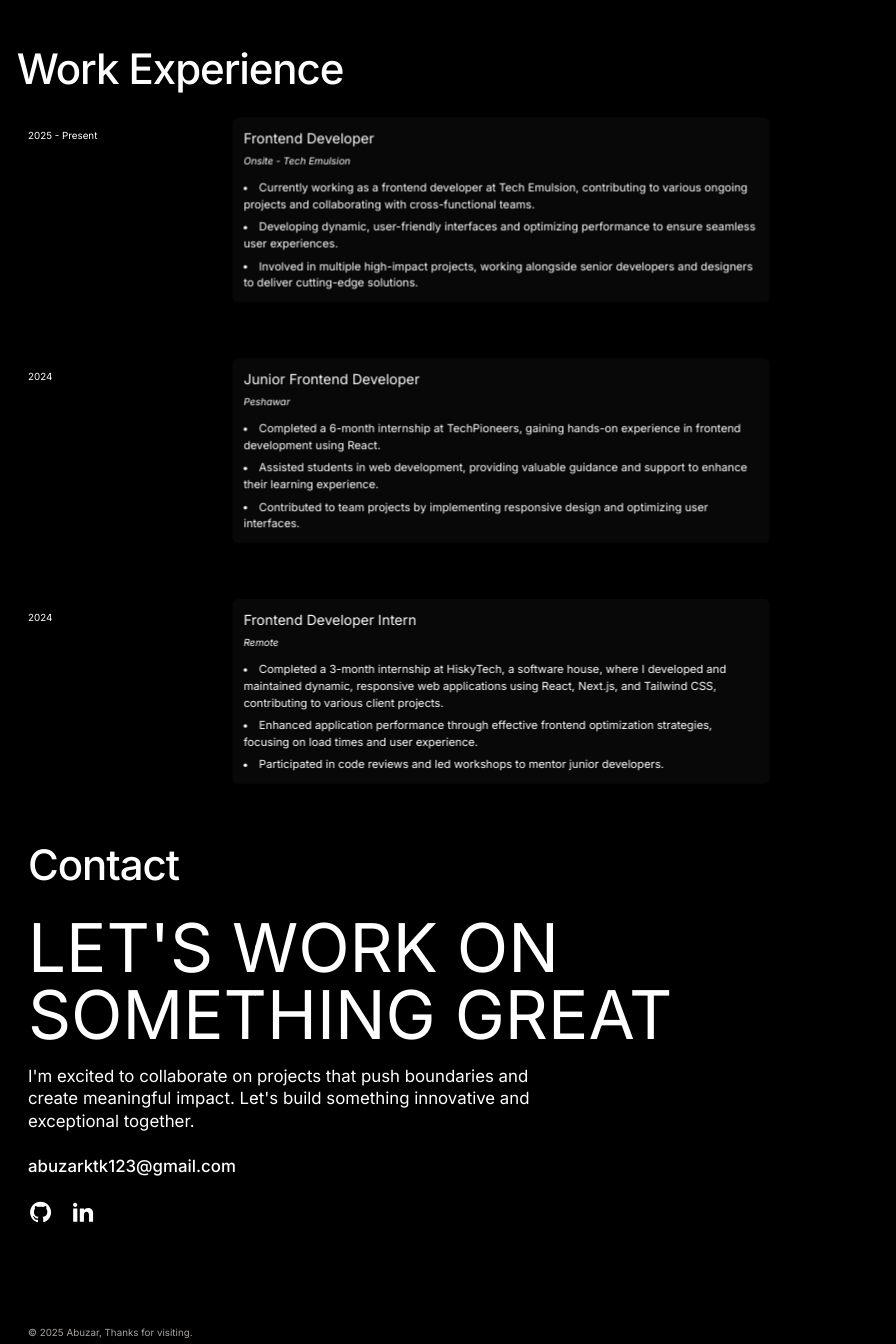
Repository: xarrkhan001/Abuzar-NewPortfolio-Framermotion
Page: /
These files come from the project's save history. The page is drawn as it stood at one moment and after the next save; the edit follows.
The browser window is 1280 px wide. The pictures show the part of the page from y = 2644 to 4564 px (the page is 4564 px tall before and 4220 px after), at 70% of full size.
The project was rebuilt for these pictures with package versions that can differ from the ones it lists, and the page was loaded fresh each time. Some packages were replaced by stand-ins written for this rebuild. Also part of the build but not shown: vite.config.js. Imported but missing from the stored project, and not drawn on this page: src/assets/abuzar01-Cv....pdf.

Above is the page before, as saved 2025-03-02 09:57:18.

### index.html
<!DOCTYPE html>
<html lang="en">
  <head>
    <meta charset="UTF-8" />
    <link rel="icon" type="image/svg+xml" href="./src/assets/mm1.png" />
    <meta name="viewport" content="width=device-width, initial-scale=1.0" />
    <link rel="preconnect" href="https://fonts.googleapis.com" />
    <link rel="preconnect" href="https://fonts.gstatic.com" crossorigin />
    <link
      href="https://fonts.googleapis.com/css2?family=Inter:ital,opsz,wght@0,14..32,100..900;1,14..32,100..900&display=swap"
      rel="stylesheet"
    />
    <title>Abuzar Portfolio</title>
  </head>
  <body>
    <div id="root"></div>
    <script type="module" src="/src/main.jsx"></script>
  </body>
</html>

### src/App.jsx
import React from "react";
import BlurBackground from "./components/BlurBackground";
import Navbar from "./components/Navbar";
import Hero from "./components/Hero";
import Projects from "./components/Projects";
import About from "./components/About";
import Experience from "./components/Experience";
import Contacts from "./components/Contacts";

const App = () => {
  return (
    <>
      <div>
        <BlurBackground />
        <Navbar />
        <main
          className="antialiased overflow-y-hidden max-w-7xl mx-auto
        relative z-10"
        >
          <Navbar />
          <Hero />
          <Projects />
          <About />
          <Experience />
          <Contacts />
        </main>
      </div>
    </>
  );
};

export default App;

### src/index.css
@tailwind base;
@tailwind components;
@tailwind utilities;

:root {
  font-family: "Inter", sans-serif;
  font-optical-sizing: auto;
  background: #000000;
  color: #ffffff;
  scroll-behavior: smooth;
}

.bg-image {
  background-image: url("./assets/jason-root.webp");
}

#work,
#about,
#experience,
#testimonials,
#contact {
  scroll-margin-top: 80px;
}

### src/components/BlurBackground.jsx
import { motion } from "framer-motion";
import React from "react";

const BlurBackground = () => {
  const circleVariants = {
    animate1: {
      scale: [1, 1.05, 1],
      x: [0, 60, 0],
      y: [0, 30, 0],
      rotateZ: [0, 12, 0],
      transition: {
        duration: 3,
        repeat: Infinity,
        ease: "easeInOut",
      },
    },
    animate2: {
      scale: [1, 1.05, 1],
      x: [0, 80, 0],
      y: [0, -40, 0],
      rotateZ: [0, -12, 0],
      transition: {
        duration: 3,
        repeat: Infinity,
        ease: "easeInOut",
      },
    },
    animate3: {
      scale: [1, 1.1, 1],
      x: [0, 100, 0],
      y: [0, 50, 0],
      rotateZ: [0, 15, 0],
      transition: {
        duration: 4,
        repeat: Infinity,
        ease: "easeInOut",
      },
    },
    animate4: {
      scale: [1, 1.1, 1],
      x: [0, 120, 0],
      y: [0, -60, 0],
      rotateZ: [0, -15, 0],
      transition: {
        duration: 4,
        repeat: Infinity,
        ease: "easeInOut",
      },
    },
    animate5: {
      scale: [1, 1.12, 1],
      x: [0, 140, 0],
      y: [0, 70, 0],
      rotateZ: [0, 20, 0],
      transition: {
        duration: 4,
        repeat: Infinity,
        ease: "easeInOut",
      },
    },
    animate6: {
      scale: [1, 1.15, 1],
      x: [0, 160, 0],
      y: [0, -80, 0],
      rotateZ: [0, -20, 0],
      transition: {
        duration: 4,
        repeat: Infinity,
        ease: "easeInOut",
      },
    },
  };

  return (
    <div
      className="fixed top-0 left-0 w-full h-full overflow-hidden -z-10 pointer-events-none flex justify-center items-center
       bg-gradient-to-br from-[#1c1c2b] via-[#2b2d42] to-[#8d99ae] filter blur-[70px] opacity-60"
    >
      <motion.div
        className="bg-gradient-to-r from-[#e3e4e8] to-[#d5e1df] w-[350px] h-[250px] rounded-full absolute shadow-lg"
        variants={circleVariants}
        animate="animate1"
      />
      <motion.div
        className="bg-gradient-to-r from-[#f3a847] to-[#f1d84d] w-[360px] h-[260px] rounded-full absolute shadow-xl"
        variants={circleVariants}
        animate="animate2"
      />
      <motion.div
        className="bg-gradient-to-r from-[#1e80b5] to-[#2bced4] w-[370px] h-[270px] rounded-full absolute shadow-2xl"
        variants={circleVariants}
        animate="animate3"
      />
      <motion.div
        className="bg-gradient-to-r from-[#9e4e97] to-[#c74b84] w-[380px] h-[280px] rounded-full absolute shadow-2xl"
        variants={circleVariants}
        animate="animate4"
      />
      <motion.div
        className="bg-gradient-to-r from-[#ff64d4] to-[#8b3ff2] w-[390px] h-[290px] rounded-full absolute shadow-3xl"
        variants={circleVariants}
        animate="animate5"
      />
      <motion.div
        className="bg-gradient-to-r from-[#37a2c2] to-[#4c9fb2] w-[400px] h-[300px] rounded-full absolute shadow-3xl"
        variants={circleVariants}
        animate="animate6"
      />
    </div>
  );
};

export default BlurBackground;

### src/components/Navbar.jsx
import React, { useState } from "react";
import { LINKS } from "../constants";
import { RiCloseFill, RiMenu3Fill } from "@remixicon/react";

const Navbar = () => {
  const [menuOpen, setMenuOpen] = useState(false);
  const handleLinkClick = () => {
    setMenuOpen(false);
  };

  return (
    <>
      <nav className="fixed top-0 left-0 w-full z-50">
        <div className="flex justify-between items-center max-w-6xl mx-auto p-4 bg-stone-950/30 md:rounded-xl backdrop-blur-lg">
          <div className="text-white font-semibold text-lg uppercase">
            <a href="/">Abuzar</a>
          </div>

          <div className="hidden md:flex space-x-8">
            {LINKS.map((link, index) => (
              <a
                href={link.href}
                key={index}
                className="text-white hover:text-stone-400 transition duration-300"
                onClick={handleLinkClick}
              >
                {link.label}
              </a>
            ))}
          </div>

          <div className="md:hidden">
            <button
              onClick={() => setMenuOpen(!menuOpen)}
              className="text-white focus:outline-none"
              aria-label={menuOpen ? "Close menu" : "Open menu"}
            >
              {menuOpen ? (
                <RiCloseFill className="w-6 h-6" />
              ) : (
                <RiMenu3Fill className="w-6 h-6" />
              )}
            </button>
          </div>
        </div>

        {menuOpen && (
          <div className="md:hidden p-4 bg-stone-950/30 backdrop-blur-lg rounded-xl flex flex-col space-y-4 max-w-6xl mx-auto transition-all duration-300 ease-in-out">
            {LINKS.map((link, index) => (
              <a
                href={link.href}
                key={index}
                className="text-white hover:text-stone-400 transition duration-300"
                onClick={handleLinkClick}
              >
                {link.label}
              </a>
            ))}
          </div>
        )}
      </nav>
    </>
  );
};

export default Navbar;

### src/components/Hero.jsx
import React from "react";
import { motion } from "framer-motion";
import { HERO_CONTENT } from "../constants";
import jason from "../assets/nnnn.jpg";
import cvFile from "../assets/abuzar01-Cv....pdf";

const textVariants = {
  hidden: { opacity: 0, y: 50 },
  visible: { opacity: 1, y: 0, transition: { duration: 0.8, ease: "easeOut" } },
};

const containerVariants = {
  hidden: { opacity: 1 },
  visible: {
    opacity: 1,
    transition: {
      staggerChildren: 0.3,
    },
  },
};

const imageVariants = {
  hidden: { clipPath: "inset(0 50% 0 50%)" },
  visible: {
    clipPath: "inset(0 0% 0 0%)",
    transition: { duration: 1.2, ease: "easeInOut" },
  },
};

const Hero = () => {
  return (
    <section>
      <div className="relative z-0 min-h-screen flex flex-wrap flex-col md:flex-row items-center justify-center text-white">
        <motion.div
          className="w-full md:w-1/2 p-8 pt-24" // Adjust padding-top for spacing below navbar
          initial="hidden"
          animate="visible"
          variants={containerVariants}
        >
          <motion.h1
            className="text-3xl md:text-5xl lg:text-6xl font-semibold my-14"
            variants={textVariants}
          >
            {HERO_CONTENT.greeting}
          </motion.h1>

          <motion.p
            className="text-lg md:text-xl lg:text-2xl mb-4"
            variants={textVariants}
          >
            {HERO_CONTENT.introduction}
          </motion.p>

          <motion.p
            className="text-lg md:text-xl lg:text-2xl"
            variants={textVariants}
          >
            {HERO_CONTENT.description}
          </motion.p>

          <motion.a
            className="bg-stone-50 text-stone-900 p-3 lg:p-4 mt-8 inline-block rounded-2xl"
            href={cvFile}
            download="AbuzarCV.pdf"
            rel="noopener noreferrer"
            target="_blank"
            variants={textVariants}
          >
            Download My CV
          </motion.a>
        </motion.div>

        <motion.div
          className="w-full md:w-1/2 p-8 mt-10" // Added margin-top to push image down
          initial="hidden"
          animate="visible"
          variants={imageVariants}
        >
          <img
            src={jason}
            alt="Abuzar"
            width={650}
            height={650}
            className="rounded-3xl"
          />
        </motion.div>
      </div>

      <style jsx>{`
        @media (max-width: 768px) {
          .w-full.md\\:w-1\\/2.p-8 {
            margin-top: -40px; /* Adjust this value to move the image up */
          }
        }
      `}</style>
    </section>
  );
};

export default Hero;

### src/components/Projects.jsx
import React from "react";
import { motion } from "framer-motion";
import { PROJECTS } from "../constants";

const projectVariants = {
  hidden: {
    opacity: 0,
    scale: 0.8,
    rotate: -40,
    y: 50,
  },
  visible: {
    opacity: 1,
    scale: 1,
    rotate: 0,
    y: 0,
    transition: {
      duration: 0.6,
      ease: "easeOut",
      type: "spring",
      bounce: 0.4,
    },
  },
};

const Projects = () => {
  return (
    <section className="px-6 py-10 overflow-hidden" id="work">
      <h1 className="text-4xl md:text-6xl font-medium tracking-tight mb-10">
        Work
      </h1>

      <div className="h-1 w-20 mb-8 bg-white"></div>

      <div className="grid grid-cols-1 md:grid-cols-3 gap-6">
        {PROJECTS.map((project, index) => (
          <motion.div
            key={index}
            className="relative rounded-lg overflow-hidden h-[500px] transition transform"
            initial="hidden"
            whileInView="visible"
            viewport={{ once: true }}
            variants={projectVariants}
          >
            <img
              src={project.image}
              alt={project.name}
              className="absolute inset-0 w-full h-full object-cover transition-opacity duration-300"
            />

            <div className="relative z-20 p-6 flex flex-col justify-between h-full bg-black/30 text-white">
              <h2 className="text-2xl font-medium mb-4">{project.name}</h2>
              <div className="flex flex-col justify-between">
                <p className="mb-4 flex-grow text-2xl">{project.description}</p>

                <a
                  href={project.link}
                  target="_blank"
                  rel="noopener noreferrer"
                  className="bg-white text-stone-900 rounded-full py-2 px-2 w-32 text-sm hover:bg-gray-100 text-center"
                >
                  Vist
                </a>
              </div>
            </div>
          </motion.div>
        ))}
      </div>
    </section>
  );
};

export default Projects;

### src/components/About.jsx
import React from "react";
import { motion } from "framer-motion"; // Make sure to import motion
import { ABOUT_CONTENT } from "../constants"; // Correct import statement

const About = () => {
  const textVariants = {
    hidden: { opacity: 0, y: 50 },
    visible: {
      opacity: 1,
      y: 0,
      transition: { duration: 0.6, ease: "easeOut" },
    },
  };

  return (
    <section className="px-6 py-10" id="about">
      <h1 className="text-4xl md:text-6xl font-medium tracking-tight mb-10">
        About
      </h1>

      <div className="h-1 w-20 mb-8 bg-white"></div>

      <div className="max-w-4xl mx-auto">
        {ABOUT_CONTENT.paragraphs.map((paragraph, index) => (
          <motion.p
            key={index}
            className="text-lg md:text-xl lg:text-2xl mb-10 leading-relaxed" // Adjusted text size for a more professional look
            initial="hidden"
            whileInView="visible"
            viewport={{ once: true, amount: 0.5 }}
            variants={textVariants}
          >
            {paragraph} {/* Corrected variable name */}
          </motion.p>
        ))}
      </div>
    </section>
  );
};

export default About;

### src/components/Experience.jsx
import React from "react";
import { motion } from "framer-motion";
import { EXPERIENCES } from "../constants";

const Experience = () => {
  const containerVariants = {
    hidden: { opacity: 0, y: 50 },
    visible: {
      opacity: 1,
      y: 0,
      transition: {
        duration: 0.8,
        ease: "easeOut",
        staggerChildren: 0.3,
      },
    },
  };

  const childVariants = {
    hidden: { opacity: 0, y: 30 },
    visible: {
      opacity: 1,
      y: 0,
      transition: {
        duration: 0.6,
        ease: "easeOut",
      },
    },
  };

  return (
    <section className="px-6 py-10 overflow-hidden" id="experience">
      <h2 className="text-4xl md:text-6xl font-medium tracking-tight mb-10">
        Work Experience
      </h2>

      {/* Removed the line below */}
      {/* <div className="h-1 w-20 mb-8 bg-white"></div> */}

      <motion.div
        className="space-y-10"
        initial="hidden"
        whileInView="visible"
        viewport={{ once: true, amount: 0.3 }}
        variants={containerVariants}
      >
        {EXPERIENCES.length > 0 ? (
          EXPERIENCES.map((experience, index) => (
            <motion.div key={index} variants={childVariants}>
              <div className="flex flex-col md:flex-row md:justify-between">
                <div className="text-sm md:w-1/4 mb-2 md:mb-0 p-4">
                  {experience.yearRange}
                </div>

                <div className="md:w-3/4 mb-10">
                  <div className="max-w-3xl backdrop-blur-3xl p-4 bg-stone-600/10 rounded-lg">
                    <h2 className="text-xl mb-2">{experience.title}</h2>
                    <p className="mb-4 text-sm italic">{experience.location}</p>
                    <ul className="list-disc list-inside space-y-2">
                      {experience.description.map((desc, index) => (
                        <li key={index}>{desc}</li>
                      ))}
                    </ul>
                  </div>
                </div>
              </div>
            </motion.div>
          ))
        ) : (
          <p className="text-center text-xl">No experiences found.</p>
        )}
      </motion.div>
    </section>
  );
};

export default Experience;

### src/constants/index.js
import projects1 from "../assets/projects1.webp";
import projects2 from "../assets/projects2.webp";
import projects3 from "../assets/projects3.webp";
import projects4 from "../assets/projects4.webp";
import projects5 from "../assets/projects5.webp";
import projects6 from "../assets/projects6.webp";

export const LINKS = [
  { href: "#work", label: "Work" },
  { href: "#about", label: "About" },
  { href: "#experience", label: "Experience" },
  { href: "#contact", label: "Contact" },
];

export const HERO_CONTENT = {
  greeting: "Welcome 🌟",
  introduction:
    "I’m Abuzar, a frontend developer specializing in creating seamless web applications using React.js, Vue.js and Next.js.",
  description:
    "I create engaging digital experiences that enhance user satisfaction.",
};

export const PROJECTS = [
  {
    name: "Rains",
    description: "E-commerce platform offering stylish apparel and accessories",
    image: projects1, // Ensure `projects1` is defined and imported correctly
    link: "https://www.rains.com/",
  },
  {
    name: "E-Commerce Dashboard",
    description:
      "Manage your online store with real-time insights and analytics",
    image: projects2,
    link: "https://eccomerce-web-dashboard-di7d.vercel.app/",
  },
  {
    name: "E-Commerce Website (UI)",
    description: "A modern UI design for showcasing a variety of products",
    image: projects3,
    link: "https://eccomerce-01-abuzar.vercel.app/",
  },
  {
    name: "IntraChat App",
    description:
      "ChatApp for intra Department Communication of Islamia College Peshawar",
    image: projects4,
    link: "https://fyp-intra-chat-3gdl.vercel.app/",
  },
  {
    name: "PortFolio Old",
    description:
      "Dynamic portfolio showcasing diverse skills and innovative projects in design and development",
    image: projects5,
    link: "https://abuzar-protfolio-renk.vercel.app/",
  },
  {
    name: "Disney clone",
    description:
      "Disney app clone featuring immersive content and an engaging user experience for fans of all ages.",
    image: projects6,
    link: "https://disney-abuzar.vercel.app/",
  },
];

export const ABOUT_CONTENT = {
  paragraphs: [
    "I am a dedicated frontend developer passionate about building modern web applications that are both functional and visually appealing. With a strong foundation in software engineering, I completed my BS in Software Engineering from Islamia College University Peshawar, where I developed a keen interest in creating user-centric digital experiences.",
    "I specialize in using React, Next.js, Tailwind CSS, Redux Toolkit, JavaScript, HTML, and CSS to create responsive and scalable interfaces. My focus is on writing clean, maintainable code while collaborating with cross-functional teams to deliver projects that meet both business goals and user needs. I am constantly exploring new technologies and frameworks to stay updated with industry trends, ensuring that my skills remain sharp. Additionally, I believe in the importance of user feedback to enhance usability and deliver exceptional digital products.",
  ],
};

export const EXPERIENCES = [
  {
    yearRange: "2025 - Present",
    title: "Frontend Developer",
    location: "Onsite - Tech Emulsion",
    description: [
      "Currently working as a frontend developer at Tech Emulsion, contributing to various ongoing projects and collaborating with cross-functional teams.",
      "Developing dynamic, user-friendly interfaces and optimizing performance to ensure seamless user experiences.",
      "Involved in multiple high-impact projects, working alongside senior developers and designers to deliver cutting-edge solutions.",
    ],
  },
  {
    yearRange: "2024 ",
    title: "Junior Frontend Developer",
    location: "Peshawar",
    description: [
      "Completed a 6-month internship at TechPioneers, gaining hands-on experience in frontend development using React.",
      "Assisted students in web development, providing valuable guidance and support to enhance their learning experience.",
      "Contributed to team projects by implementing responsive design and optimizing user interfaces.",
    ],
  },
  {
    yearRange: "2024 ",
    title: "Frontend Developer Intern",
    location: "Remote",
    description: [
      "Completed a 3-month internship at HiskyTech, a software house, where I developed and maintained dynamic, responsive web applications using React, Next.js, and Tailwind CSS, contributing to various client projects.",
      "Enhanced application performance through effective frontend optimization strategies, focusing on load times and user experience.",
      "Participated in code reviews and led workshops to mentor junior developers.",
    ],
  },
];

export const CONTACT_CONTENT = {
  headline: "LET'S WORK ON SOMETHING GREAT",
  description:
    "I'm excited to collaborate on projects that push boundaries and create meaningful impact. Let's build something innovative and exceptional together.",
  email: "abuzarktk123@gmail.com",
  socialLinks: [
    {
      platform: "Twitter",
      url: "https://twitter.com/yourprofile",
      ariaLabel: "Follow me on Twitter",
      icon: "RiTwitterXFill",
    },
    {
      platform: "GitHub",
      url: "https://github.com/xarrkhan001",
      ariaLabel: "View my GitHub profile",
      icon: "RiGithubFill",
    },
    {
      platform: "LinkedIn",
      url: "https://www.linkedin.com/in/abuzar-04529030a",
      ariaLabel: "Connect with me on LinkedIn",
      icon: "RiLinkedinFill",
    },
  ],
  footerText: `© ${new Date().getFullYear()} Abuzar, Thanks for visiting.`,
};

Loaded but not shown: src/main.jsx (common file); tailwind.config.js (common file); src/components/Contacts.jsx (123 lines, source omitted)

After the next save:
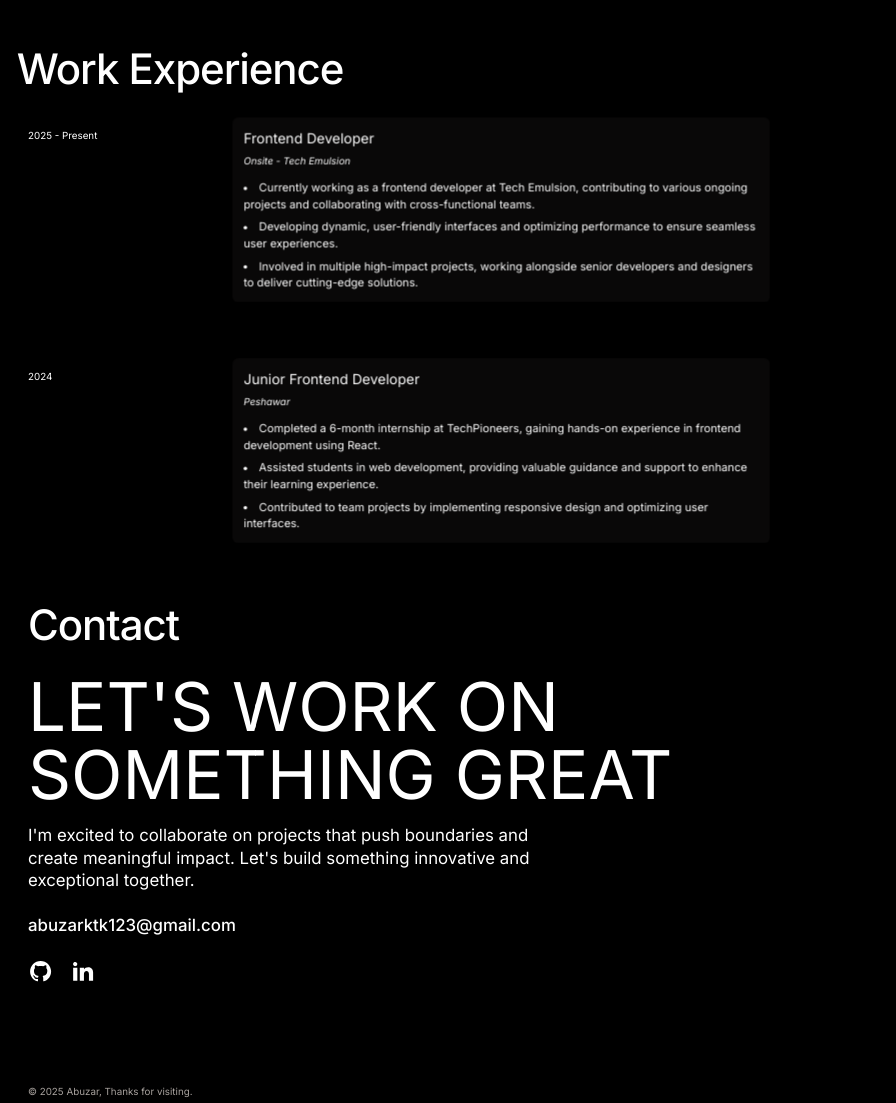
Saved 61 s later.
--- a/src/constants/index.js
+++ b/src/constants/index.js
@@ -91,16 +91,6 @@ export const EXPERIENCES = [
       "Contributed to team projects by implementing responsive design and optimizing user interfaces.",
     ],
   },
-  {
-    yearRange: "2024 ",
-    title: "Frontend Developer Intern",
-    location: "Remote",
-    description: [
-      "Completed a 3-month internship at HiskyTech, a software house, where I developed and maintained dynamic, responsive web applications using React, Next.js, and Tailwind CSS, contributing to various client projects.",
-      "Enhanced application performance through effective frontend optimization strategies, focusing on load times and user experience.",
-      "Participated in code reviews and led workshops to mentor junior developers.",
-    ],
-  },
 ];
 
 export const CONTACT_CONTENT = {
